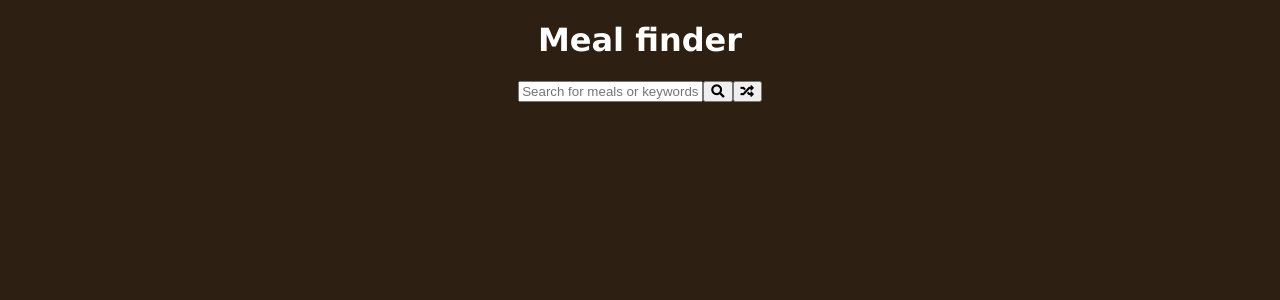
Repository: atko87/meal-finder
Page: index.html
These files come from the project's save history. The page is drawn as it stood at one moment and after the next save; the edit follows.
The browser window is 1280 px wide. The pictures show the whole page.
Some web libraries are served in a nearby version.

Above is the page before, as saved 2020-04-21 20:53:13.

After the next save:
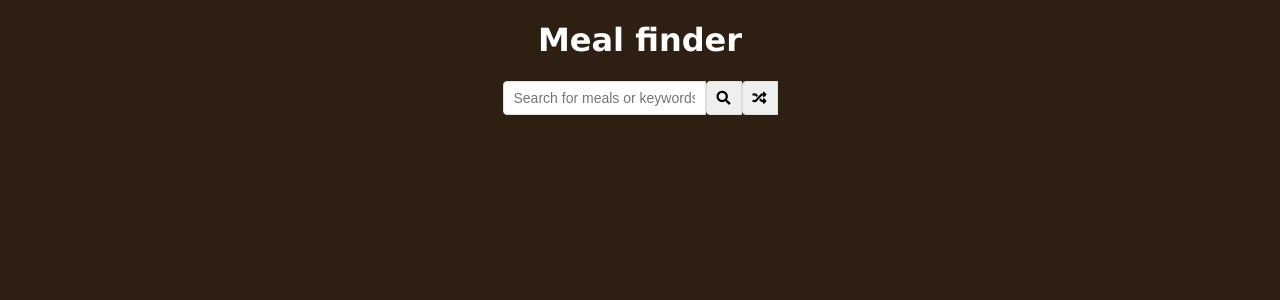
Saved 2 min 15 s later.
--- a/style.css
+++ b/style.css
@@ -21,3 +21,13 @@ body {
 .flex {
   display: flex;
 }
+
+input,
+button {
+  border: 1px solid #dedede;
+  border-top-left-radius: 4px;
+  border-bottom-left-radius: 4px;
+  font-size: 14px;
+  padding: 8px 10px;
+  margin: 0;
+}
